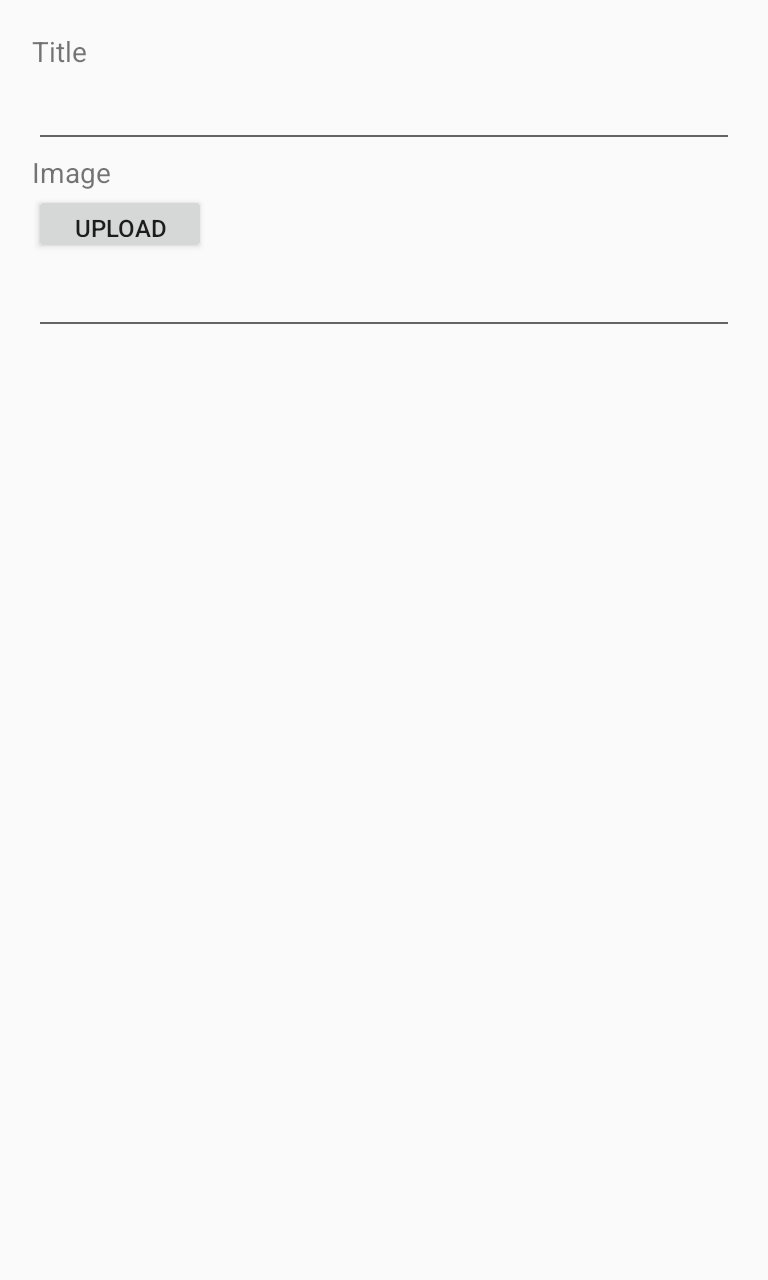
Repository: fundsan/development
Layout: App/Potloch/res/layout/fragment_create.xml
These files come from the project's save history. The layout is drawn as it stood at one moment and after the next save; the edit follows.
It is drawn on a 768 x 1280 px phone screen (xhdpi) without system bars, with theme AppTheme; the app's code is not run.

Above is the layout before, as saved 2014-10-22 05:03:32.

After the next save:
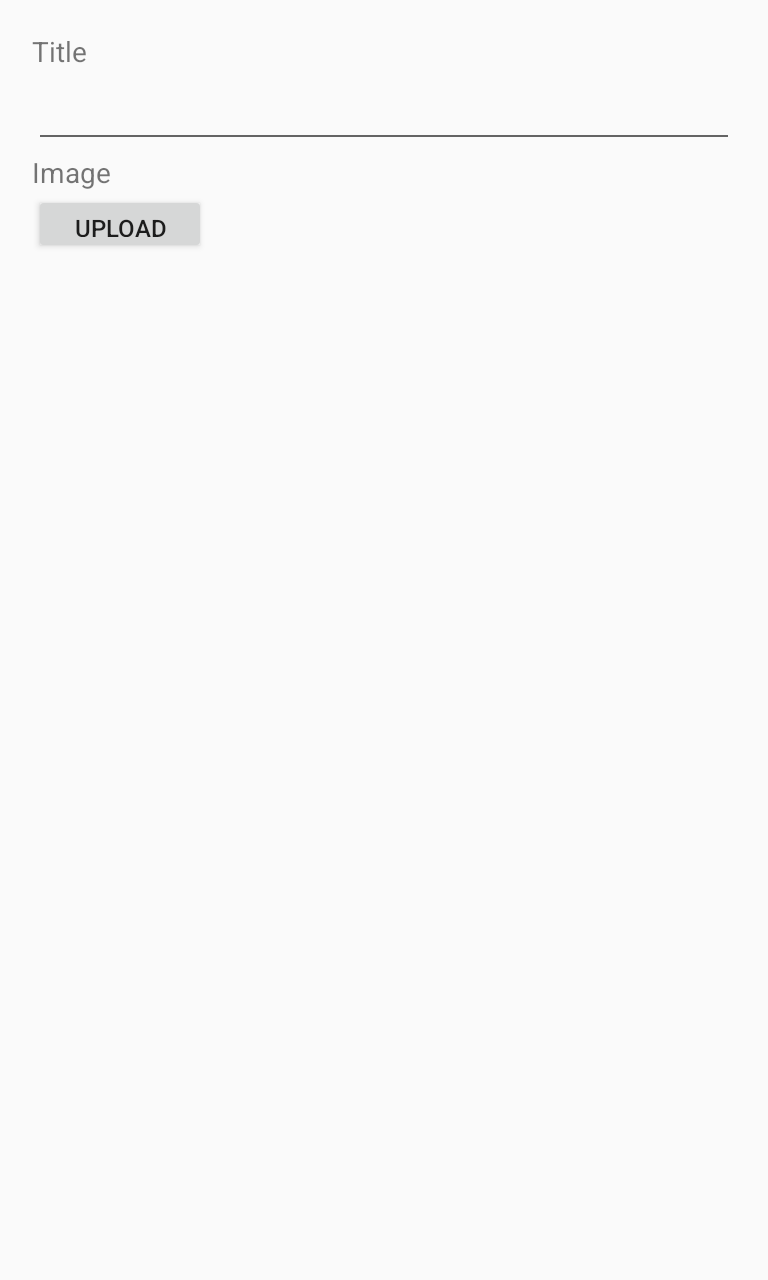
Saved 116 s later.
--- a/App/Potloch/res/layout/fragment_create.xml
+++ b/App/Potloch/res/layout/fragment_create.xml
@@ -28,15 +28,21 @@
         android:id="@+id/buttonCreateUpload"
         android:layout_width="wrap_content"
         android:layout_height="33dp"
-        android:text="@string/create_image_button"
+        android:text="@string/create_image_button_upload"
         android:textSize="12sp" />
+
     <EditText
         android:id="@+id/createEditDescription"
         android:layout_width="match_parent"
         android:layout_height="wrap_content"
         android:inputType="text"
-        android:visibility="hidden"
-        />
-
+        android:visibility="gone" />
+     <Button
+        android:id="@+id/buttonCreateSubmit"
+        android:layout_width="wrap_content"
+        android:layout_height="33dp"
+        android:text="@string/create_image_button_submit"
+        android:textSize="12sp"
+        android:visibility="gone" />
 
 </LinearLayout>
--- a/App/Potloch/res/values/strings.xml
+++ b/App/Potloch/res/values/strings.xml
@@ -12,6 +12,7 @@
     <string name="title_activity_create">CreateActivity</string>
     <string name= "create_title">Title</string>
     <string name="create_image">Image</string>
-    <string name="create_image_button">Upload</string>
+    <string name="create_image_button_upload">Upload</string>
+     <string name="create_image_button_submit">Submit</string>
 
 </resources>
